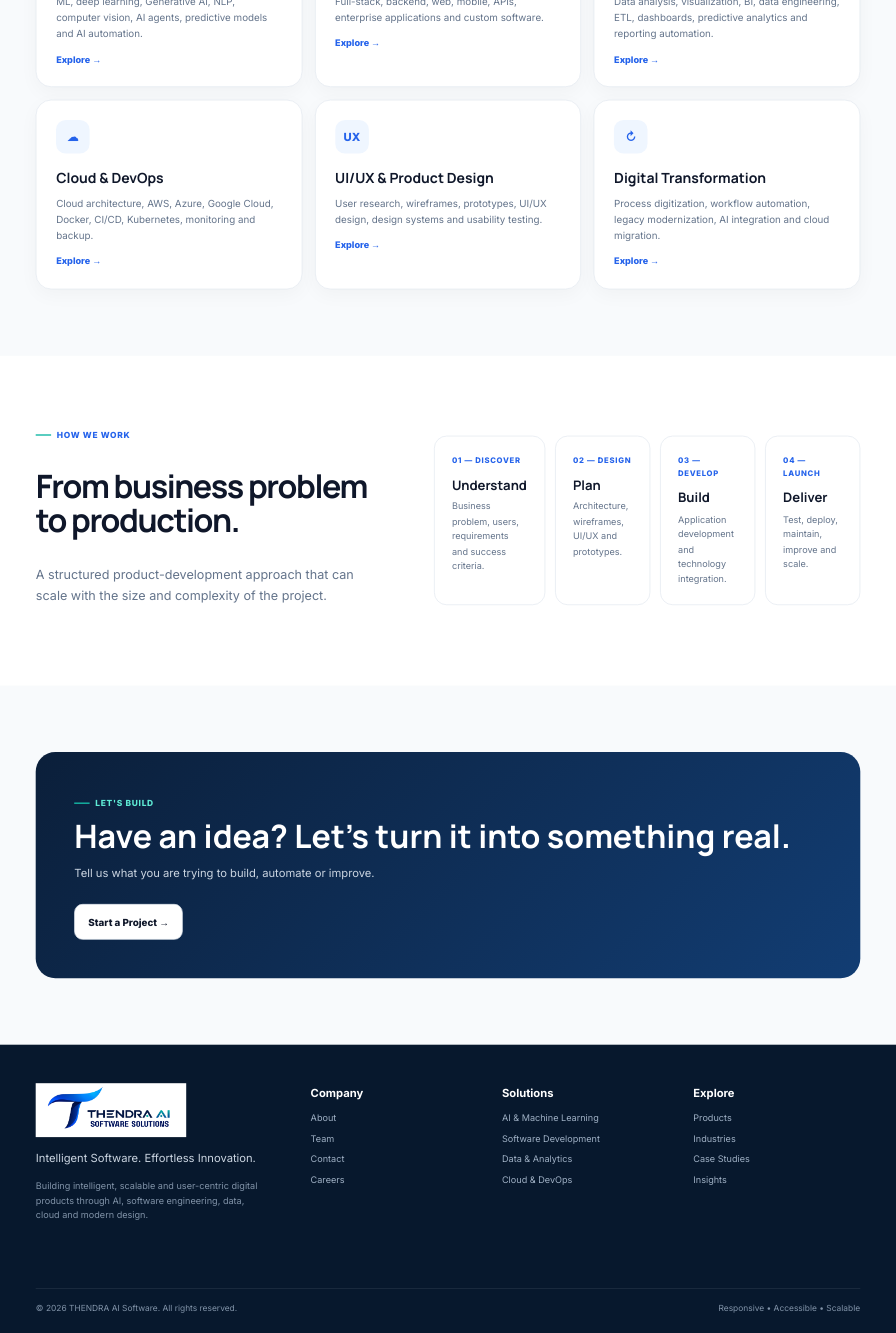
Repository: Soundar586/thendra-ai-website
Page: index.html
An editor plug-in stored every save of this project. The page is shown before and after a run of saves, followed by the edit.
The browser window is 1280 px wide. The pictures show the part of the page from y = 2079 to 3999 px (the page is 3983 px tall before and 3999 px after), at 70% of full size.

Above is the page before, as saved 2026-09-10 22:28:47.

After the next 2 saves:
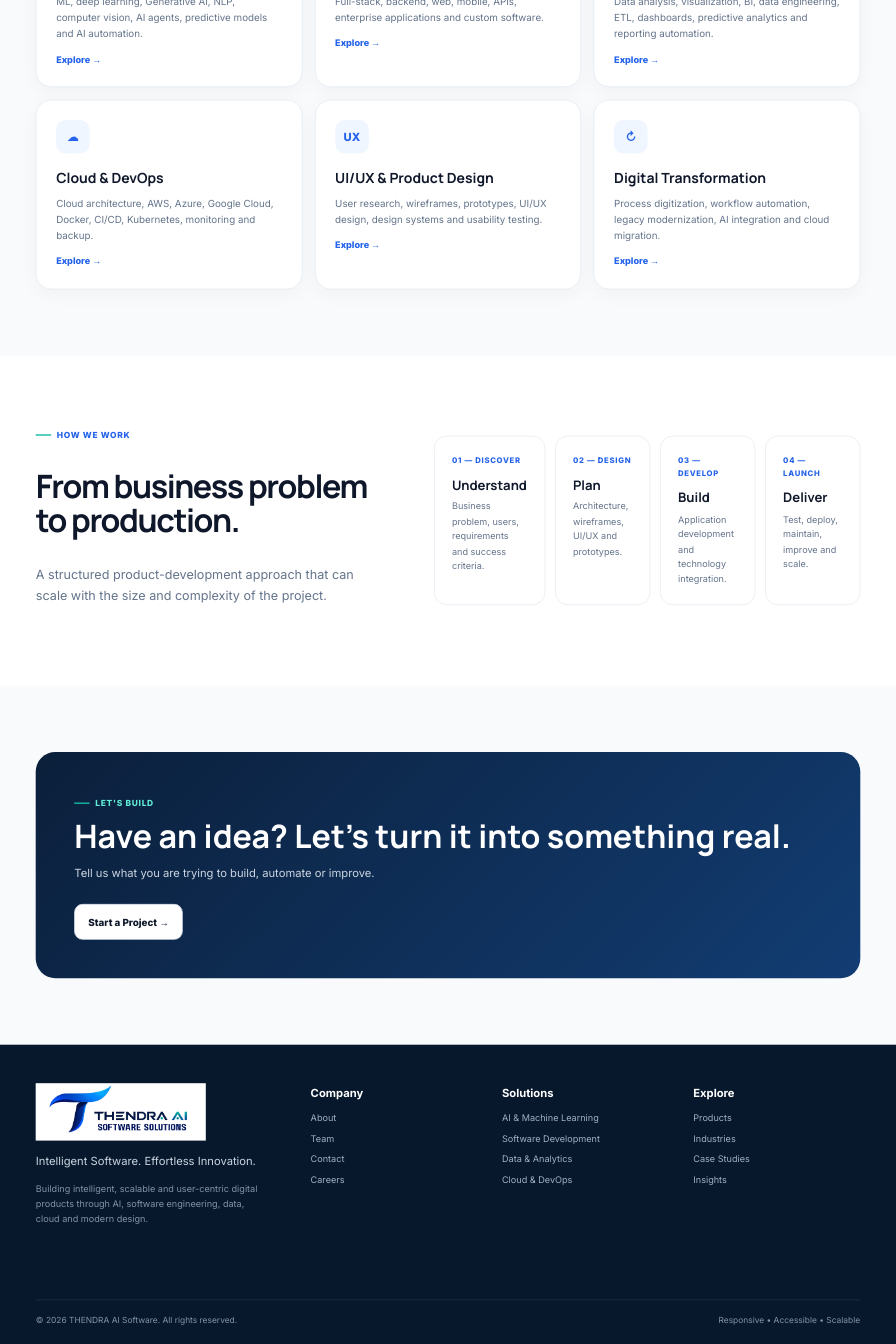
The 2 saves are shown as one change because they came seconds apart.
The last was saved 7 s later.
--- a/assets/style.css
+++ b/assets/style.css
@@ -658,7 +658,7 @@
   height: 70px;
   display:block;
   margin: bottom 150px;
-   width: 60%;
+   width: 68%;
     height: 30%;
     object-fit: cover;
     object-position: center;
